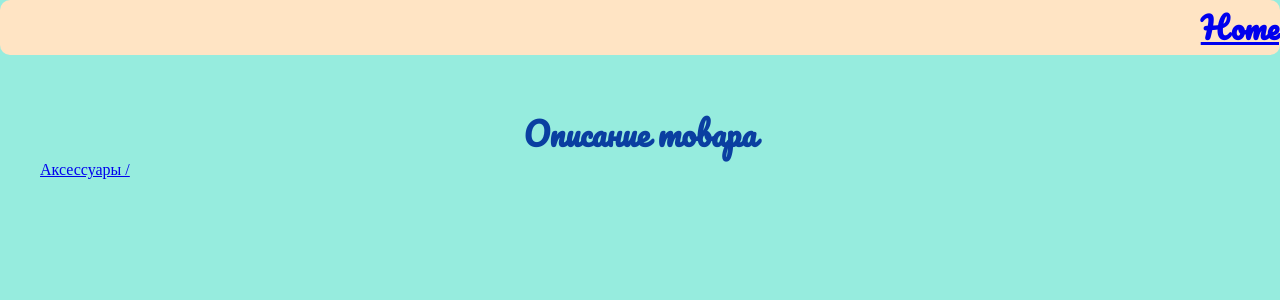
Repository: annamsklv/web
Page: seminar2_26.01/product page.html
The author's editor kept a copy of each file at every save. The page is drawn from the files as they stood at one save, then again after a run of saves.
The browser window is 1280 px wide. The pictures show the whole page.

Above is the page before, as saved 2023-02-01 20:20:48.

After the next 2 saves:
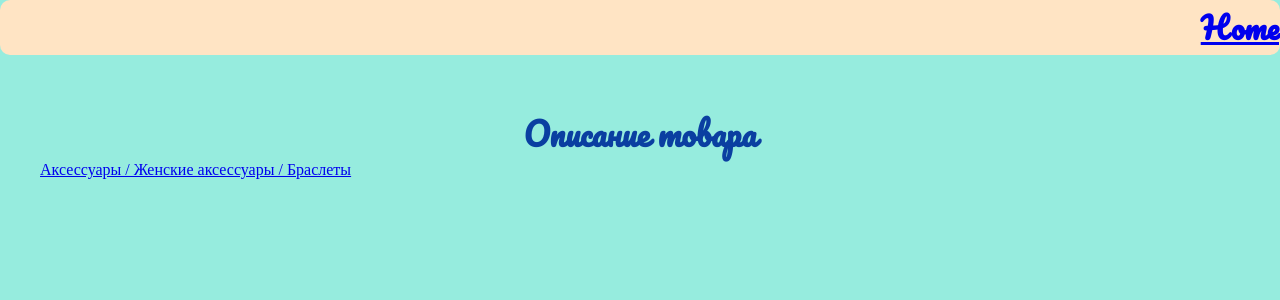
The 2 saves are shown as one change because they came seconds apart.
The last was saved 11 s later.
--- a/seminar2_26.01/product page.html
+++ b/seminar2_26.01/product page.html
@@ -27,7 +27,7 @@
     <div class="content">
         <div class="container">
             <div class="categories">
-                <a class="category-link" href="#">Аксессуары / </a>
+                <a class="category-link" href="#">Аксессуары / Женские аксессуары / Браслеты</a>
             </div>
 
         </div>
